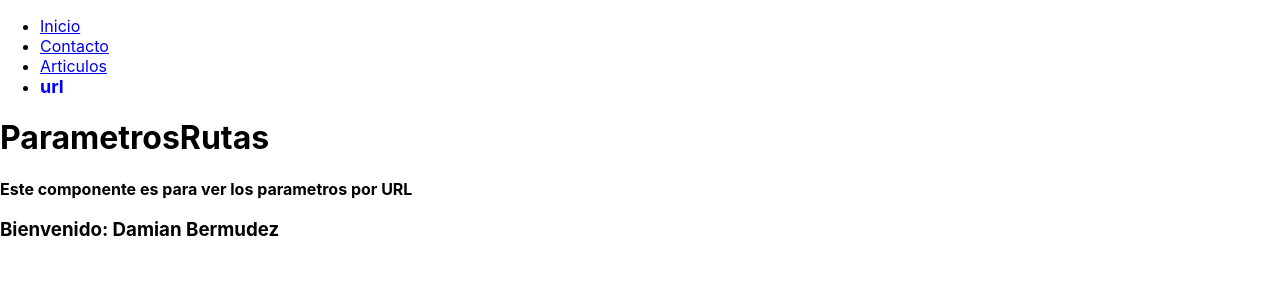
Repository: DamianBermudez94/react-router
Page: /persona
An editor plug-in stored every save of this project. The page is shown before and after the next save, followed by the edit.
The browser window is 1280 px wide. The pictures show the whole page.
The project was rebuilt for these pictures with package versions that can differ from the ones it lists, and the page was loaded fresh each time. Also part of the build but not shown: src/components/Inicio.js, src/components/Articulos.js, src/components/Contacto.js, src/components/Error.js.

Above is the page before, as saved 2023-04-29 12:04:04.

After the next save:
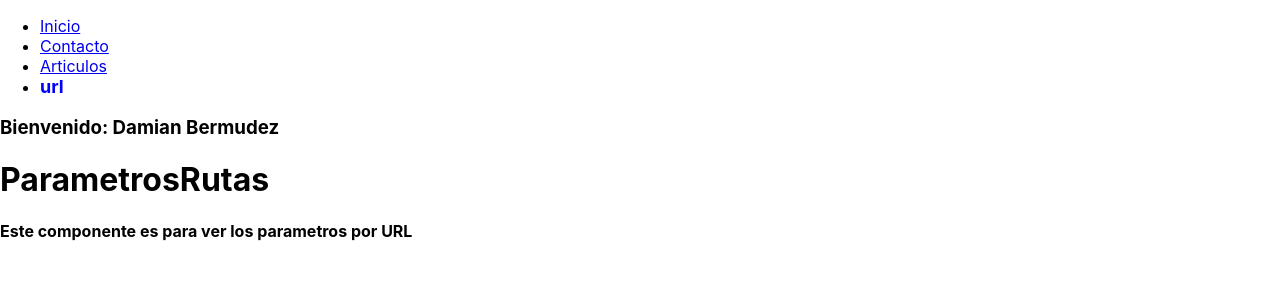
Saved 103 s later.
--- a/src/components/ParametrosRutas.js
+++ b/src/components/ParametrosRutas.js
@@ -10,9 +10,10 @@ export const ParametrosRutas = () => {
   return (
     <div>
         {!nombre && <h1>Esta pagina no tiene niguna persona</h1>}
+        {nombre &&  <h3>Bienvenido: {nombre} {apellido}</h3>}
         <h1>ParametrosRutas</h1>
         <strong>Este componente es para ver los parametros por URL</strong>
-        <h3>Bienvenido: {nombre} {apellido}</h3>
+
 
     </div>
   )
